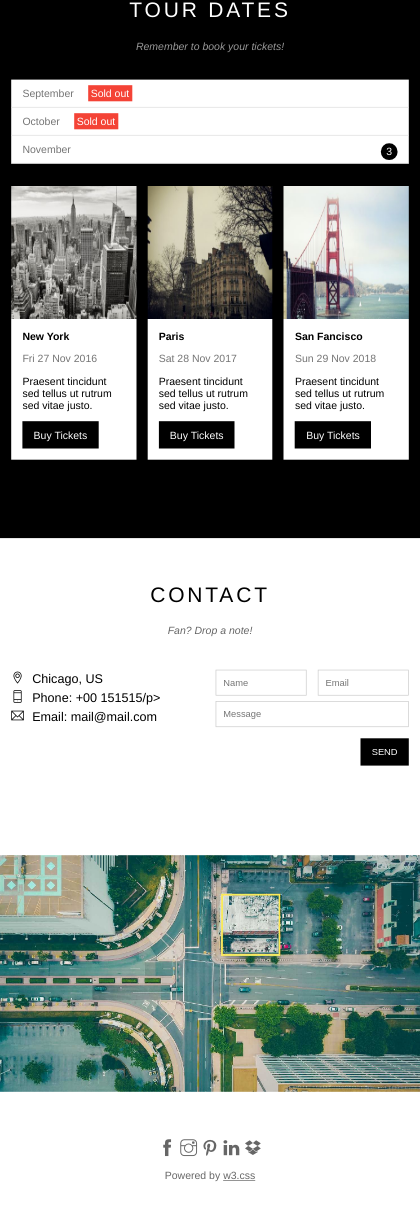
Repository: ThinhTran2k/BigBang-Band-Website
Page: index.html
These files come from the project's save history. The page is drawn as it stood at one moment and after the next save; the edit follows.
The browser window is 600 px wide. The pictures show the part of the page from y = 3714 to 5954 px (the page is 5466 px tall before and 6162 px after), at 70% of full size.

Above is the page before, as saved 2021-03-16 18:07:22.
Console error: TypeError: Cannot set properties of undefined (setting 'onclick')

### index.html
<!DOCTYPE html>
<html lang="en">
<head>
    <meta charset="UTF-8">
    <meta http-equiv="X-UA-Compatible" content="IE=edge">
    <meta name="viewport" content="width=device-width, initial-scale=1.0">
    <title>Brand</title>
    <link rel="icon" href="asset/img/favicon.png" type="image/x-icon" />
    <link rel="stylesheet" href="./asset/css/style.css">
    <link rel="stylesheet" href="./asset/css/responsive.css">
    <link rel="stylesheet" href="./asset/font/themify-icons/themify-icons.css">
</head>
<body>
    <div class="wrapper">
        <div class="header">
            <!-- Navigation -->
            <ul class="nav">
                <li><a href="#">Home</a></li>
                <li><a href="#band">Band</a></li>
                <li><a href="#tour">Tour</a></li>
                <li><a href="#contact">Contact</a></li>
                <li>
                    <a href="#">
                        More
                        <i class="nav-arrow-icon ti-angle-down"></i>
                    </a>
                    <ul class="subnav">
                        <li><a href="#">Merchandise</a></li>
                        <li><a href="#">Extras</a></li>
                        <li><a href="#">Media</a></li>
                    </ul>
                </li>
            </ul>

            <!-- Search -->
            <div class="header__search">
                <i class="header__search-icon ti-search"> </i>
            </div>

            <div class="mobi-menu-responsive">
                <i class="menu-icon ti-menu"></i>
            </div>
        </div>

        <div class="slider">
            <div class="text-content">
                <h2 class="text-heading">New York</h2>
                <div class="text-description">The atmosphere in New York is lorem ipsum.</div>
            </div>
        </div>

        <div class="content" >
            <div class="content-section" id="band">
                <h2 class="section-heading">THE BAND</h2>
                <p class="section-subheading">We love music</p>
                <p class="about">We have created a fictional band website. Lorem ipsum dolor sit amet, consectetur adipiscing elit, sed do eiusmod tempor
                incididunt ut labore et dolore magna aliqua. Ut enim ad minim veniam, quis nostrud exercitation ullamco laboris nisi ut
                aliquip ex ea commodo consequat. Duis aute irure dolor in reprehenderit in voluptate velit esse cillum dolore eu fugiat
                nulla pariatur. Excepteur sint occaecat cupidatat non proident, sunt in culpa qui officia deserunt mollit anim id est
                laborum consectetur adipiscing elit, sed do eiusmod tempor incididunt ut labore et dolore magna aliqua. Ut enim ad minim
                veniam, quis nostrud exercitation ullamco laboris nisi ut aliquip ex ea commodo consequat.
                </p>

                <div class="row member-list member-list-resp">
                    <div class="member-item member-item-resp">
                        <p class="member-name">T.O.P</p>
                        <img src="./asset/img/T.O.P.jpg" alt="name" class="member-img">
                    </div>
                    <div class="member-item member-item-resp">
                        <p class="member-name">Taeyong</p>
                        <img src="./asset/img/Taeyong.jpg" alt="name" class="member-img">
                    </div>
                    <div class="member-item member-item-resp">
                        <p class="member-name">G-Dragon</p>
                        <img src="./asset/img/G-dragon.jpg" alt="name" class="member-img">
                    </div>
                    <div class="member-item member-item-resp">
                        <p class="member-name">Deasung</p>
                        <img src="./asset/img/Deasung.jpg" alt="name" class="member-img">
                    </div>
                    <div class="member-item member-item-resp">
                        <p class="member-name">Seungri</p>
                        <img src="./asset/img/Seung-hyun.png" alt="name" class="member-img">
                    </div>
                </div>
            </div>
            <div class="content-section--black" id="tour">
                <div class="content-section">
                    <h2 class="section-heading text-white">TOUR DATES</h2>
                    <p class="section-subheading text-white">Remember to book your tickets!</p>
                    <!-- Tickets -->
                    <ul class="tickets-list">
                        <li>September <span class="sold-out">Sold out</span></li>
                        <li>October <span class="sold-out">Sold out</span></li>
                        <li>November <span class="quantity">3</span></li>
                    </ul>
                    <!-- Places -->
                    <div class="row place-list">
                        <div class="col col-third s-col-full mt-16">
                            <img src="./asset/img/newyork.jpg" alt="place" class="place-img">
                            <div class="place-content">
                                <h3 class="place-heading">New York</h3>
                                <p class="place-time">Fri 27 Nov 2016</p>
                                <p class="place-desc">Praesent tincidunt sed tellus ut rutrum sed vitae justo.</p>
                                <a href="#" class="place-buy-btn">Buy Tickets</a>
                            </div>
                        </div>
                        <div class="col col-third s-col-full mt-16">
                            <img src="./asset/img/paris.jpg" alt="place" class="place-img">
                            <div class="place-content">
                                <h3 class="place-heading">Paris</h3>
                                <p class="place-time">Sat 28 Nov 2017</p>
                                <p class="place-desc">Praesent tincidunt sed tellus ut rutrum sed vitae justo.</p>
                                <a href="#" class="place-buy-btn">Buy Tickets</a>
                            </div>
                        </div>
                        <div class="col col-third s-col-full mt-16">
                            <img src="./asset/img/sanfran.jpg" alt="place" class="place-img">
                            <div class="place-content">
                                <h3 class="place-heading">San Fancisco</h3>
                                <p class="place-time">Sun 29 Nov 2018</p>
                                <p class="place-desc">Praesent tincidunt sed tellus ut rutrum sed vitae justo.</p>
                                <a href="#" class="place-buy-btn">Buy Tickets</a>
                            </div>
                        </div>
                    </div>
                </div>
            </div>
            <div class="content-section" id="contact">
                <h2 class="section-heading">CONTACT</h2>
                <p class="section-subheading">Fan? Drop a note!</p>

                <div class="row contact-content">
                    <div class="col col-half contact-infor">
                        <p><i class="ti-location-pin"></i>Chicago, US</p>
                        <p><i class="ti-mobile"></i>Phone: +00 151515/p>
                        <p><i class="ti-email"></i>Email: mail@mail.com</p>
                    </div>
                    <div class="col col-half contact-form">
                        <form action="">
                            <div class="row ">
                                <div class="col col-half">
                                    <input type="text" name="" id="" class="form-control" required placeholder="Name">
                                </div>
                                <div class="col col-half">
                                    <input type="email" name="" id="" class="form-control" required placeholder="Email">
                                </div>
                            </div>
                            <div class="row mt-8">
                                <div class="col col-full">
                                    <input type="text" name="" id="" class="form-control" required placeholder="Message">
                                </div>
                            </div>
                            <input type="submit" value="SEND" class="form-btn">
                        </form>
                    </div>
                </div>
            </div>

            <div class="map-section" >
                <img src="./asset/img/map.jpg" alt="map">
            </div>
        </div>

        <div class="footer">
            <div class="social-list">
                <a href=""><i class="ti-facebook"></i></a>
                <a href=""><i class="ti-instagram"></i></a>
                <a href=""><i class="ti-pinterest"></i></a>
                <a href=""><i class="ti-linkedin"></i></a>
                <a href=""><i class="ti-twitter-alter"></i></a>
                <a href=""><i class="ti-dropbox-alt"></i></a>
            </div>
            <p class="copyright">Powered by <a href="#">w3.css</a></p>
        </div>
    </div>

    <script>
        // Tự động thay đổi kích thước khi chọn btn menu
        var headerE = document.querySelector('.header');
        var headerHeight = headerE.clientHeight;
        var menuE = document.querySelector('.mobi-menu-responsive');
        menuE.onclick = function () {
            var status = headerE.clientHeight == headerHeight;
            if(status){
                headerE.style.height = 'auto'
            }else{
                headerE.style.height = null;
            }
        }
        // Tự động đóng khi chọn menu
        var menuItems = document.querySelectorAll('ul li a[href*="#"]');
        for(var i = 0; i<= menuItems.length; i++){
            var menuItem = menuItems[i];

            menuItem.onclick = function (e) {
                var isParentMenu = this.nextElementSibling && this.nextElementSibling.classList.contains('subnav');
                if(isParentMenu){
                    e.preventDefault();
                }else{
                    headerE.style.height = null;
                }
            }
        }


    </script>
</body>
</html>

### asset/css/style.css
/* Reset CSS */
*{
    padding: 0;
    margin: 0;
    box-sizing: border-box;
}

html {
    scroll-behavior: smooth;
    font-family: Helvetica, Arial , sans-serif;
}

/* Common css */
.text-white {
    color: #fff !important;
}
.row {
    display: flex;
    justify-content: space-between;
    margin-left: -8px;
    margin-right: -8px;
}
.col {
    padding: 0 8px;
}
.col-third {
    width: 33.33%;
}
.col-half {
    width: 50%;
}
.col-full {
    width: 100%;
}
.mt-8 {
    margin-top: 8px;
}
.mt-16 {
    margin-top: 16px;
}
/* end */

/* Main */
.wrapper {

}

.header {
    position: fixed;
    top: 0;
    left: 0;
    right: 0;
    z-index: 1;
    height: 46px;
    background-color: #000;
}

.nav {
    display: inline-block;
}
.nav .subnav {
    display: none;
    position: absolute;
    top: 100%;
    left: 0;
    min-width: 160px;
    background-color: #fff;
    box-shadow: 0 0 10px rgba(0, 0, 0, 0.3);
}
.nav, .subnav {
    list-style: none;
}
.nav .subnav li:hover, .nav > li:hover > a {
    color: #000;
    background-color: #ccc;
}
.nav .subnav a {
    line-height: 38px;
    padding: 0 16px;
    color: #000;
}

.nav li:hover .subnav {
    display: block;
}
.nav > li {
    display: inline-block;
}
.nav > li > a {
    text-transform: uppercase;
    color: #fff;
}
.nav li{
    position: relative;
}
.nav li a {
    display: block;
    cursor: pointer;
    padding: 0 24px;
    line-height: 46px;
    text-decoration: none;
}
.nav-arrow-icon {
    font-size: 14px;
}

.mobi-menu-responsive {
    position: absolute;
    top: 0;
    right: 0;
}
.header .header__search,
.header .mobi-menu-responsive {
    display: none;
    float: right;
    padding: 0 21px;
    line-height: 46px;
}
.header .header__search:hover {
    cursor: pointer;
    background-color: #f44336;
}
.header .mobi-menu-responsive:hover {
    background-color: #ccc;
}
.header .menu-icon:hover {
    color: #000;
}
.header .menu-icon,
.header__search-icon {
    color: #fff;
    font-size: 20px;
}

.slider {
    position: relative;
    margin-top: 46px;
    padding-top: 50%;
    background-image: url('/asset/img/slider2.jpg');
    background-size: cover;
    background-repeat: no-repeat;
    background-position: top center;
}
.text-content {
    position: absolute;
    color: #fff;
    bottom: 48px;
    left: 50%;
    transform: translateX(-50%);
    text-align: center;
}
.text-heading {
    font-weight: 500;
}
.text-description {
    padding-top: 15px;
}


.content {

}
.content-section {
    width: 800px;
    max-width: 100%;
    margin: 0 auto;
    padding: 64px 16px 112px;
}
.section-heading {
    font-weight: 500;
    font-size: 30px;
    text-align: center;
    letter-spacing: 4px;
}
.section-subheading {
    font-size: 15px;
    text-align: center;
    margin-top: 25px;
    font-style: italic;
    opacity: 0.6;
}
.about {
    margin-top: 25px;
    font-size: 15px;
    text-align: justify;
    line-height: 1.5;
}
.member-list {
    margin-top: 38px;
    padding: 32px 0;
}
.member-item {
    display: flex;
    flex-direction: column;
    align-items: center;
    justify-content: center;
    width: 20%;
}
.member-item .member-name {
    margin-bottom: 15px;
}
.member-item .member-img {
    border-radius: 5px;
    width: 150px;
    object-fit: contain;
}
.content-section--black {
    background-color: #000;
}
.tickets-list {
    list-style: none;
    margin-top: 40px;
    background-color: #fff;
}
.tickets-list li {
    color: #757575;
    font-size: 15px;
    padding: 11px 16px;
    border-bottom: 1px solid #ddd;
}
.sold-out {
    background-color: #f44336;
    padding: 3px 4px;
    color: #fff;
    margin-left: 16px;
}
.quantity {
    float: right;
    width: 24px;
    height: 24px;
    line-height: 24px;
    text-align: center;
    border-radius: 50%;
    background-color: #000;
    color: #fff;
}
.place-list {
    margin-top: 16px;
}
.place-img {
    display: block;
    width: 100%;
    height: 190px;
}
.place-img:hover { opacity: 0.6;}
.place-content {
    font-size: 15px;
    padding: 16px;
    background-color: #fff;
}
.place-heading {
    font-size: 15px;
    font-weight: 600;
}
.place-time {
    color: #757575;
    margin-top: 15px;
}
.place-desc {
    margin-top: 15px;
}
.place-buy-btn {
    display: inline-block;
    color: #fff;
    background-color: #000;
    padding: 11px 16px;
    margin-top: 15px;
    text-decoration: none;
}
.place-buy-btn:hover {color: #000; background-color: #ccc;}
/* Contact Form */
.contact-content {
    margin-top: 48px;
}
.contact-infor {
    font-size: 18px;
    line-height: 1.5;
}
.contact-infor i[class*="ti-"] { width: 30px; display: inline-block;}
.contact-form {
    font-size: 15px;
}
.form-control {
    padding: 10px;
    border: 1px solid #ccc;
    width: 100%;
}

.form-btn {
    display: block;
    margin-left: auto;
    margin-top: 16px;
    margin-bottom: 16px;
    padding: 12px 16px;
    text-align: right;
    border:none;
    color: #fff;
    background-color: #000;
}
.form-btn:hover { background-color: #ccc; cursor: pointer;color: #000;}
/* Map */
.map-section img {
    width: 100%;
}

.footer {
    padding: 64px 16px;
    text-align: center;
}
.footer .social-list {
    font-size: 24px;
}
.footer .social-list a {text-decoration: none; color: rgba(0, 0, 0, 0.6);}
.footer .social-list a:hover ,.footer .copyright a:hover { color: rgba(0, 0, 0, 0.4);}
.footer .copyright {
    margin-top: 15px;
    font-size: 15px;
    color: rgba(0, 0, 0, 0.6);
}
.footer .copyright a {
    color: rgba(0, 0, 0, 0.6);
}

### asset/css/responsive.css
/* Mobile */
@media (max-width: 740px) {
    .header .header__search {
        display: none;
    }
    .header .mobi-menu-responsive {
        display: block;
    }
    .header {
        overflow: hidden;
    }
    .nav > li {
        display: block;
    }
    .nav .subnav {
        position: initial;
        background-color: #333;
    }
    .nav .subnav a {
        color: #fff;
        padding: 5px 40px;
    }
    .nav {
        display: block;
    }
    .nav > li:first-child {
        display: inline-block;
    }
    .member-list-resp {
        display: block;
        margin-top: 0;
    }
    .member-item-resp {
        padding-top: 35px;
        width: 100%;
    }
    .member-item .member-img {
        width: 60%;
    }
    .s-col-full {
        width: 100%;
    }
    .
}

Loaded but not shown: asset/font/themify-icons/themify-icons.css (common file)

After the next save:
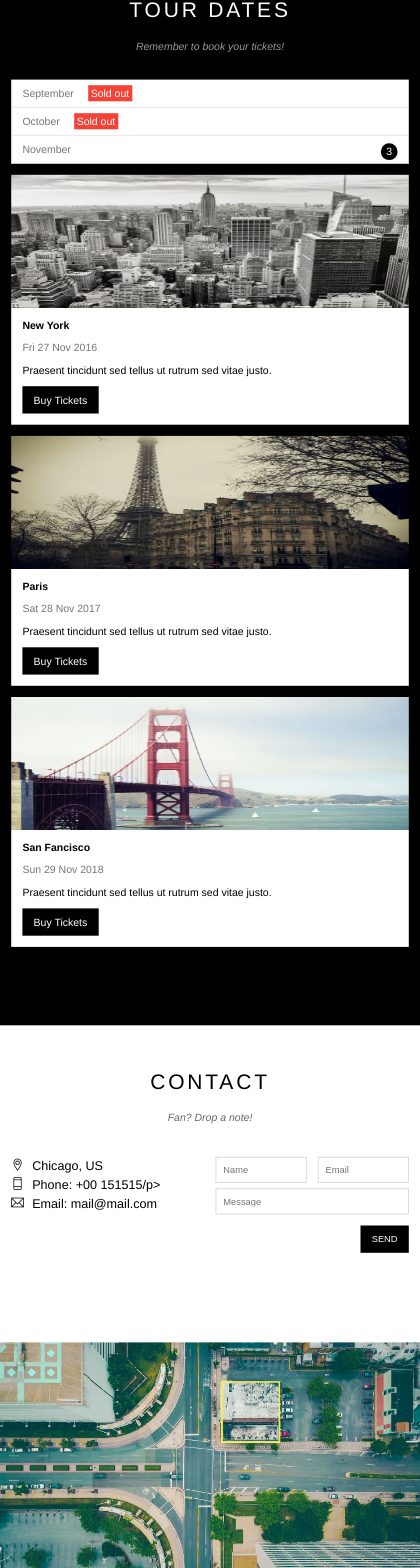
Saved 8 s later.
--- a/asset/css/responsive.css
+++ b/asset/css/responsive.css
@@ -40,5 +40,7 @@
     .s-col-full {
         width: 100%;
     }
-    .
+    .place-list {
+        display: block;
+    }
 }
